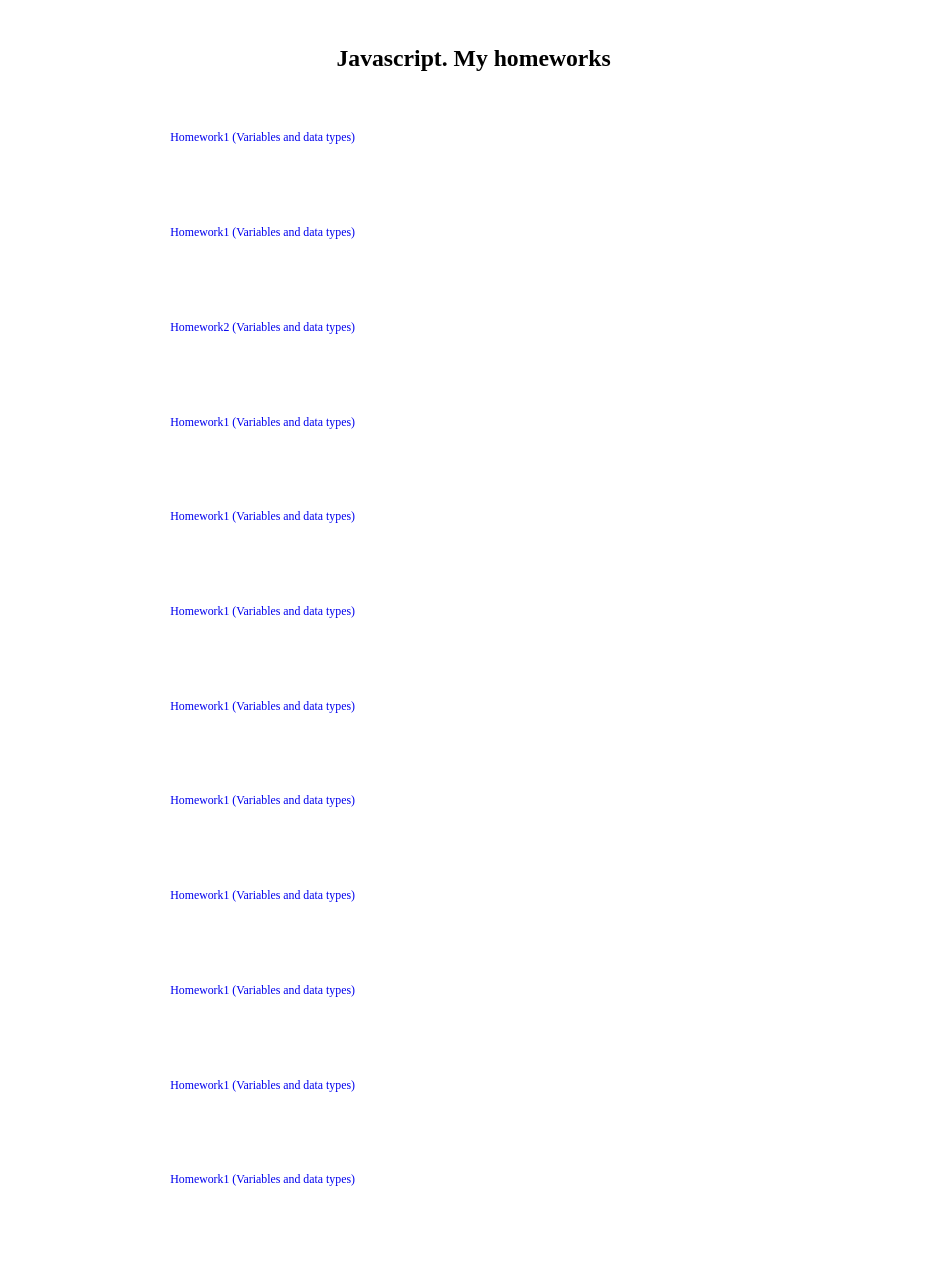
Repository: mariiastetsko/cursor-js-hw
Page: index.html
These files come from the project's save history. The page is drawn as it stood at one moment and after a run of saves; the edit follows.
The browser window is 1280 px wide. The pictures show the whole page, at 74% of full size.

Above is the page before, as saved 2020-07-22 19:18:26.

### index.html
<!DOCTYPE html>
<html lang="en">
  <head>
    <meta charset="UTF-8" />
    <meta name="viewport" content="width=device-width, initial-scale=1.0" />
    <title>Cursor.JS.Homeworks</title>
    <link rel="stylesheet" href="./style.css" />
  </head>
  <body>
    <h1>Javascript. My homeworks</h1>
    <ul class="list">
      <li>
        <a href="./HW1/index.html">Homework1 (Variables and data types)</a>
      </li>
      <li><a href="./HW2/index.html">Homework1 (Variables and data types)</a></li>
      <li><a href="./HW3/index.html">Homework2 (Variables and data types)</a></li>
      <li><a href="./HW4/index.html">Homework1 (Variables and data types)</a></li>
      <li><a href="./HW5/index.html">Homework1 (Variables and data types)</a></li>
      <li><a href="./HW6/index.html">Homework1 (Variables and data types)</a></li>
      <li><a href="./HW7/index.html">Homework1 (Variables and data types)</a></li>
      <li><a href="./HW8/index.html">Homework1 (Variables and data types)</a></li>
      <li><a href="./HW9/index.html">Homework1 (Variables and data types)</a></li>
      <li><a href="./HW10/index.html">Homework1 (Variables and data types)</a></li>
      <li><a href="./HW11/index.html">Homework1 (Variables and data types)</a></li>
      <li><a href="./HW12/index.html">Homework1 (Variables and data types)</a></li>
    </ul>
  </body>
</html>

### style.css
* {
    box-sizing: border-box;
    margin: 30px;
    padding: 0;
}

ul {
    list-style: none;
}

.list {
    display: flexbox;
}

li, a {
    text-decoration: none;
    padding: 30px 40px;
    margin: 50px 30px;
    justify-content: space-evenly;
}

h1 {
    text-align: center;
}

After the next 2 saves:
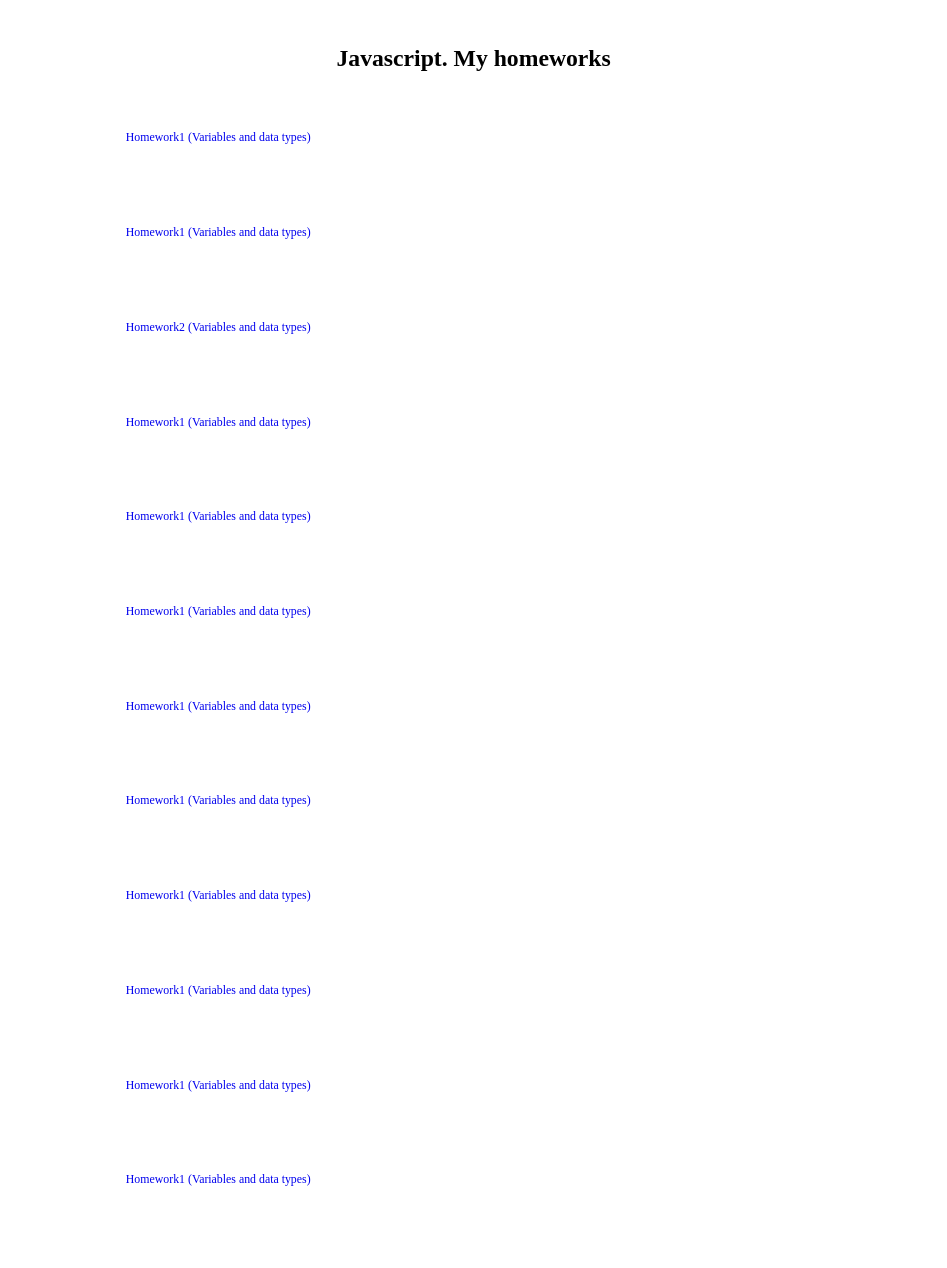
The 2 saves are shown as one change because they came seconds apart.
The last was saved 30 s later.
--- a/style.css
+++ b/style.css
@@ -14,8 +14,8 @@ ul {
 
 li, a {
     text-decoration: none;
-    padding: 30px 40px;
-    margin: 50px 30px;
+    padding: 30px 20px;
+    margin: 50px 20px;
     justify-content: space-evenly;
 }
 
